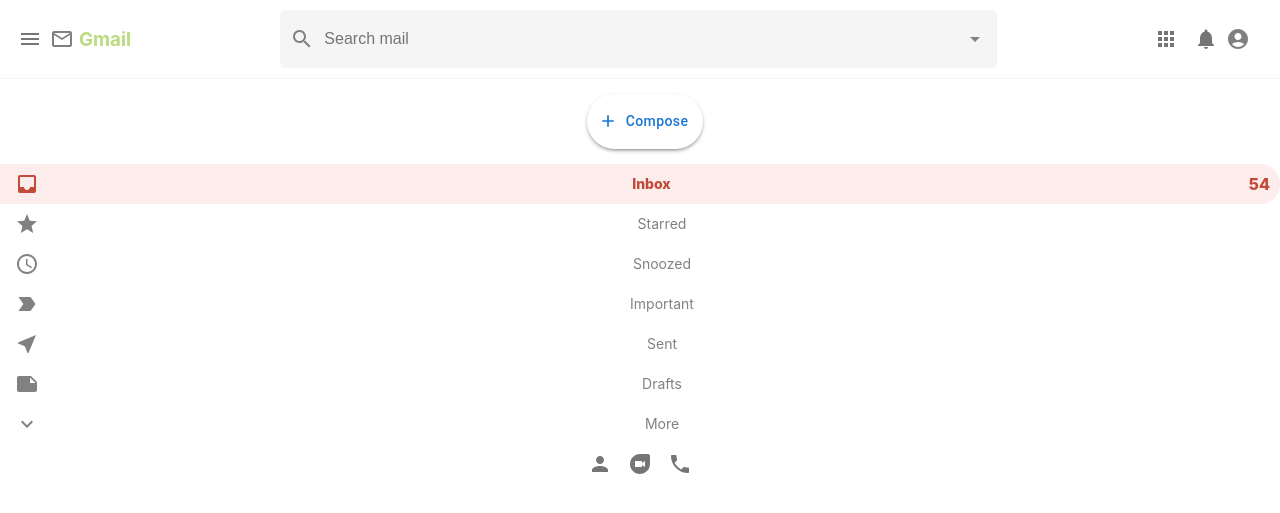
Repository: AbrorjonKuchkarov/gmail-clone
Page: /
An editor plug-in stored every save of this project. The page is shown before and after the next save, followed by the edit.
The browser window is 1280 px wide. The pictures show the whole page.
The project was rebuilt for these pictures with package versions that can differ from the ones it lists, and the page was loaded fresh each time.

Above is the page before, as saved 2022-01-29 04:55:22.

### src/App.js
import React from 'react';
import './App.css';
import Header from './Header';
import Sidebar from './Sidebar';

function App() {
  return (
    <div className="App">
      <Header />
      <Sidebar />
    </div>
  );
}

export default App;

### src/Header.js
import React from 'react';
import './Header.css';
import { IconButton } from '@mui/material';
import MenuIcon from '@mui/icons-material/Menu';
// import MailIcon from '@mui/icons-material/Mail';
import MailOutlineIcon from '@mui/icons-material/MailOutline';
import SearchIcon from '@mui/icons-material/Search';
import ArrowDropDownIcon from '@mui/icons-material/ArrowDropDown';
import AppsIcon from '@mui/icons-material/Apps';
import NotificationsIcon from '@mui/icons-material/Notifications';
import AccountCircleIcon from '@mui/icons-material/AccountCircle';

const Header = () => {
  return <div className='header'>
     <div className="header__left">
      <IconButton>
         <MenuIcon />
      </IconButton>
      {/* <MailIcon />  */}
      <MailOutlineIcon />
      <h3>
         Gmail
      </h3>
     </div>

     <div className="header__middle">
         <SearchIcon />
         <input type="text" placeholder='Search mail' />
         <ArrowDropDownIcon className='header__inputCaret' />
     </div>

     <div className="header__right">
         <IconButton>
            <AppsIcon />
         </IconButton>
         <IconButton>
            <NotificationsIcon/>
         </IconButton>
         <AccountCircleIcon />
     </div>
  </div>;
};

export default Header;

### src/Sidebar.js
import { Button, IconButton } from '@mui/material';
import React from 'react';
import './Sidebar.css';
import SidebarOption from './SidebarOption';
import AddIcon from '@mui/icons-material/Add';
import InboxIcon from '@mui/icons-material/Inbox';
import StarIcon from '@mui/icons-material/Star';
import AccessTimeIcon from '@mui/icons-material/AccessTime';
import LabelImportantIcon from '@mui/icons-material/LabelImportant';
import NearMeIcon from '@mui/icons-material/NearMe';
import NoteIcon from '@mui/icons-material/Note';
import ExpandMoreIcon from '@mui/icons-material/ExpandMore';
import PersonIcon from '@mui/icons-material/Person';
import DuoIcon from '@mui/icons-material/Duo';
import PhoneIcon from '@mui/icons-material/Phone';


const Sidebar = () => {
  return <div className='sidebar' >
     <Button startIcon={ <AddIcon fontSize='large'  /> } className='sidebar__compose'>Compose</Button>
     <SidebarOption Icon={InboxIcon} title="Inbox" number={54} selected={true} />
     <SidebarOption Icon={StarIcon} title="Starred" number={54} />
     <SidebarOption Icon={AccessTimeIcon} title="Snoozed" number={54} />
     <SidebarOption Icon={LabelImportantIcon} title="Important" number={54} />
     <SidebarOption Icon={NearMeIcon} title="Sent" number={54} />
     <SidebarOption Icon={NoteIcon} title="Drafts" number={54} />
     <SidebarOption Icon={ExpandMoreIcon} title="More" number={54} />

     <div className="sidebar__footer">
        <div className="sidebar__footerIcons">
           <IconButton>
              <PersonIcon />
           </IconButton>
           <IconButton>
              <DuoIcon />
           </IconButton>
           <IconButton>
              <PhoneIcon />
           </IconButton>
        </div>
     </div>
  </div>;
};

export default Sidebar;

### src/features/counter/counterSlice.js
import { createAsyncThunk, createSlice } from '@reduxjs/toolkit';
import { fetchCount } from './counterAPI';

const initialState = {
  value: 0,
  status: 'idle',
};

// The function below is called a thunk and allows us to perform async logic. It
// can be dispatched like a regular action: `dispatch(incrementAsync(10))`. This
// will call the thunk with the `dispatch` function as the first argument. Async
// code can then be executed and other actions can be dispatched. Thunks are
// typically used to make async requests.
export const incrementAsync = createAsyncThunk(
  'counter/fetchCount',
  async (amount) => {
    const response = await fetchCount(amount);
    // The value we return becomes the `fulfilled` action payload
    return response.data;
  }
);

export const counterSlice = createSlice({
  name: 'counter',
  initialState,
  // The `reducers` field lets us define reducers and generate associated actions
  reducers: {
    increment: (state) => {
      // Redux Toolkit allows us to write "mutating" logic in reducers. It
      // doesn't actually mutate the state because it uses the Immer library,
      // which detects changes to a "draft state" and produces a brand new
      // immutable state based off those changes
      state.value += 1;
    },
    decrement: (state) => {
      state.value -= 1;
    },
    // Use the PayloadAction type to declare the contents of `action.payload`
    incrementByAmount: (state, action) => {
      state.value += action.payload;
    },
  },
  // The `extraReducers` field lets the slice handle actions defined elsewhere,
  // including actions generated by createAsyncThunk or in other slices.
  extraReducers: (builder) => {
    builder
      .addCase(incrementAsync.pending, (state) => {
        state.status = 'loading';
      })
      .addCase(incrementAsync.fulfilled, (state, action) => {
        state.status = 'idle';
        state.value += action.payload;
      });
  },
});

export const { increment, decrement, incrementByAmount } = counterSlice.actions;

// The function below is called a selector and allows us to select a value from
// the state. Selectors can also be defined inline where they're used instead of
// in the slice file. For example: `useSelector((state: RootState) => state.counter.value)`
export const selectCount = (state) => state.counter.value;

// We can also write thunks by hand, which may contain both sync and async logic.
// Here's an example of conditionally dispatching actions based on current state.
export const incrementIfOdd = (amount) => (dispatch, getState) => {
  const currentValue = selectCount(getState());
  if (currentValue % 2 === 1) {
    dispatch(incrementByAmount(amount));
  }
};

export default counterSlice.reducer;

### src/Header.css
.header{
   display: flex;
   align-items: center;
   justify-content: space-between;
   border-bottom: 1px solid whitesmoke;
   padding: 10px;
}

.header__left {
   display: flex;
   align-items: center;
}

.header__left > .MuiSvgIcon-root {
    color: grey;
}

.header__left > h3 {
   color: rgb(188, 218, 128);
   padding-left: 5px;
}

.header__middle {
   display: flex;
   flex: 0.7;
   align-items: center;
   background-color: whitesmoke;
   padding: 10px;
   border-radius: 5px;
}

.header__middle  > .MuiSvgIcon-root {
   color: grey;
}

.header__middle > input {
   border: none;
   width: 100%;
   padding: 10px;
   outline-width: 0;
   font-size: medium;
   background-color: transparent;
}

.header__right {
   display: flex;
   align-items: center;
   padding-right: 20px;
}

.header__right > .MuiSvgIcon-root {
   color: grey;
}

### src/Sidebar.css
.sidebar__compose {
   margin-top: 15px !important;
   margin-left: 10px !important;
   margin-bottom: 15px !important;
   text-transform: capitalize !important;
   color: grey;
   padding: 15px !important;
   border-radius: 30px !important;
   box-shadow: 0px 2px 5px -2px rgba(0, 0, 0, 0.75);
}

### src/SidebarOption.js
import React from 'react';
import "./SidebarOption.css"

const SidebarOption = ({ Icon, number, title, selected }) => {
  return <div className={`sidebarOption ${selected && 'sidebarOption--active'}`} >
     <Icon />
     <h3>{title}</h3>
     <p>{number}</p>
  </div>;
};

export default SidebarOption;

### src/SidebarOption.css
.sidebarOption {
   display: flex;
   align-items: center;
   height: 40px;
   padding: 0 10px;
   border-top-right-radius: 20px;
   border-bottom-right-radius: 20px;
   cursor: pointer;
   color: #818181;
}

.sidebarOption:hover,
.sidebarOption:hover > p,
.sidebarOption:hover > h3,
.sidebarOption--active,
.sidebarOption--active > p,
.sidebarOption--active > h3 {
   background-color: #fcecec;
   color: #c14b37;
   font-weight: 800 !important;
}

.sidebarOption > .MuiSvgIcon-root {
   padding: 5px;
}

.sidebarOption > h3 {
   flex: 1;
   margin-left: 10px;
   font-size: 14px;
   font-weight: 400;
}

.sidebarOption > p {
   font-weight: 300;
   display: none;
}

.sidebarOption--active > p {
   display: inline;

}

.sidebarOption:hover > p {
   display: inline;
}

Loaded but not shown: public/index.html (common file); src/index.js (common file); src/index.css (common file); src/app/store.js (common file); src/serviceWorker.js (common file); src/App.css (common file); src/features/counter/counterAPI.js (common file)

After the next save:
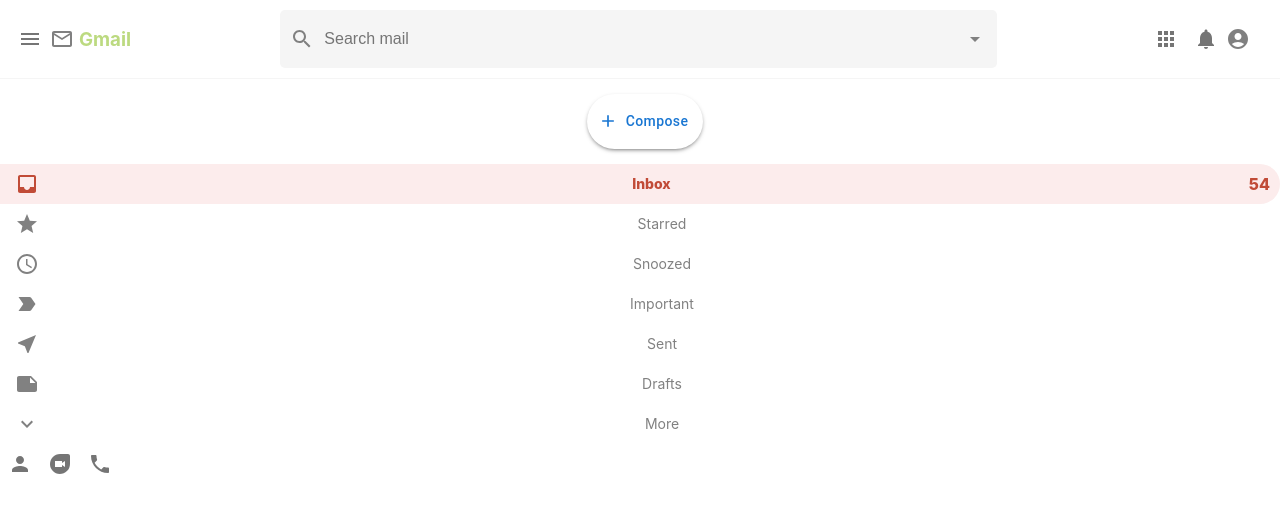
Saved 2 min 29 s later.
--- a/src/Sidebar.css
+++ b/src/Sidebar.css
@@ -8,3 +8,7 @@
    border-radius: 30px !important;
    box-shadow: 0px 2px 5px -2px rgba(0, 0, 0, 0.75);
 }
+
+.sidebar__footer {
+   display: flex;
+}

After the save that followed:
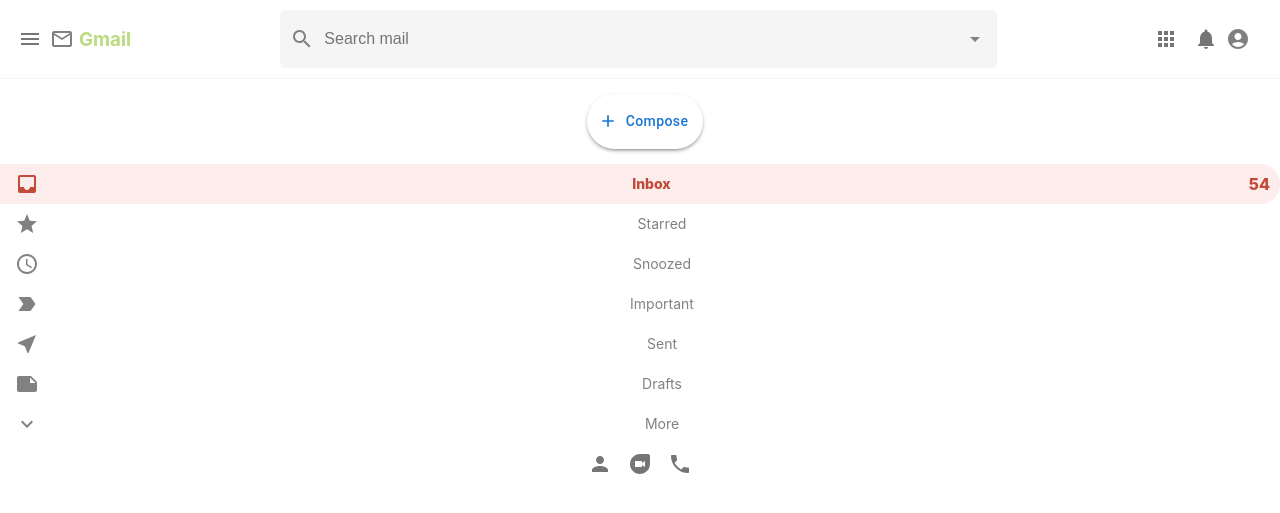
Saved 7 s later.
--- a/src/Sidebar.css
+++ b/src/Sidebar.css
@@ -11,4 +11,5 @@
 
 .sidebar__footer {
    display: flex;
+   justify-content: center;
 }
